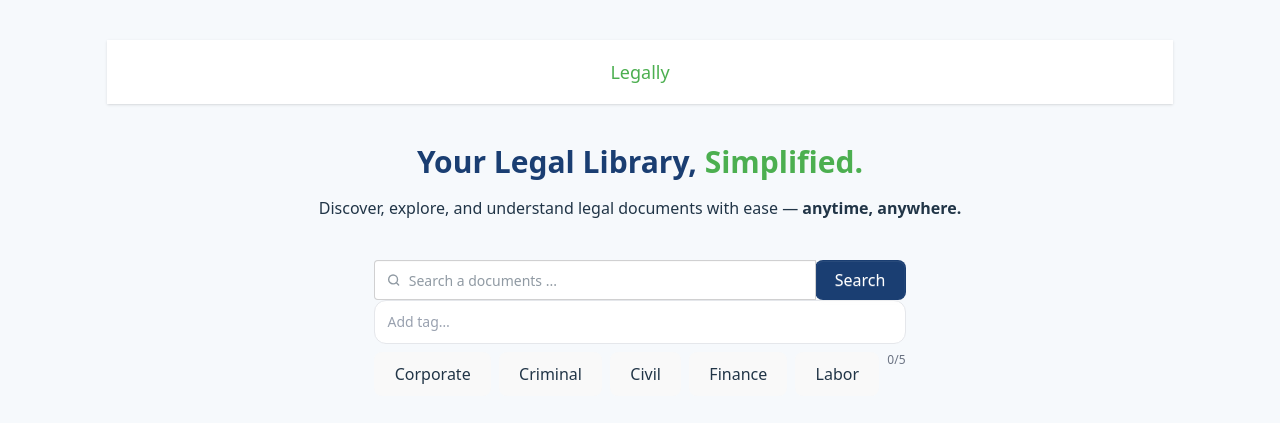
Repository: OdinPie/legal-search-acmeai
Page: / (app in legal-frontend/)
These files come from the project's save history. The page is drawn as it stood at one moment and after a run of saves; the edit follows.
The browser window is 1280 px wide. The pictures show the whole page.
The project was rebuilt for these pictures with package versions that can differ from the ones it lists, and the page was loaded fresh each time. Also part of the build but not shown: legal-frontend/vite.config.js.

Above is the page before, as saved 2025-11-05 22:21:16.

### legal-frontend/index.html
<!doctype html>
<html lang="en">
  <head>
    <meta charset="UTF-8" />
    <link rel="icon" type="image/svg+xml" href="/vite.svg" />
    <meta name="viewport" content="width=device-width, initial-scale=1.0" />
    <title>legal-frontend</title>
  </head>
  <body>
    <div id="root"></div>
    <script type="module" src="/src/main.jsx"></script>
  </body>
</html>

### legal-frontend/src/App.jsx
import './App.css'
import Home from './pages/Home'

function App() {

  return (
    <>
      <Home></Home>
    </>
  )
}

export default App

### legal-frontend/src/App.css
@import "tailwindcss";

@plugin "daisyui";

### legal-frontend/src/pages/Home.jsx
import React from 'react';
import SearchSection from '../components/SearchSection';
import Navbar from '../components/Navbar';
import Banner from '../components/Banner';
const Home = () => {
    return (
        <div className='bg-[#F6F9FC] min-h-screen min-w-screen'>
            <Navbar></Navbar>
            <Banner></Banner>
            {/* <SearchSection></SearchSection> */}
            {/* Your Legal Library, Simplified.
                Discover, explore, and understand legal documents with ease — anytime, anywhere. */}
        </div>
    );
};

export default Home;

### legal-frontend/src/components/SearchSection.jsx
import { useState } from "react";
import TagBar from "./TagBar";

export default function SearchSection() {

  const [query, setQuery] = useState("");
  const [keywords, setKeywords] = useState([]);

  return (
    <div className="my-10">
      <div className="join w-full max-w-2xl mx-auto">
    <label className="input validator join-item flex-1 min-w-0">
      <svg className="h-[1em] opacity-50" xmlns="http://www.w3.org/2000/svg" viewBox="0 0 24 24">
    <g
      strokeLinejoin="round"
      strokeLinecap="round"
      strokeWidth="2.5"
      fill="none"
      stroke="currentColor"
    >
      <circle cx="11" cy="11" r="8"></circle>
      <path d="m21 21-4.3-4.3"></path>
    </g>
  </svg>
      <input className="grow" type="text" placeholder="Search a documents ..." required />
    </label>

  <button className="btn join-item !bg-[#1A3E72] !text-white" >Search</button>
</div>
    <TagBar value={keywords} onChange={setKeywords} />
    </div>
  );
}

### legal-frontend/src/components/Navbar.jsx
export default function Navbar() {

  return (
    <div className="flex justify-center sticky top-10 ">
        <div className="navbar bg-base-100 shadow-sm sticky z-10 w-10/12">
    <div className="flex justify-center w-full">
        <a className="btn btn-ghost text-lg !text-[#4CAF50]">Legally</a>
    </div>
    </div>
    </div>
  );
}

### legal-frontend/src/components/Banner.jsx
import React from 'react';
import SearchSection from './SearchSection';

const Banner = () => {
    return (
        <div>
            <div className='flex flex-col items-center justify-center text-center mt-20'>
                {/*Banner writings here  */}
                <h1 className='!text-3xl font-bold text-[#1A3E72]'>Your Legal Library, <span className='text-[#4CAF50]'>Simplified.</span></h1>
                <p className='mt-4'>Discover, explore, and understand legal documents with ease — <span className='font-bold'>anytime, anywhere.</span></p>
                <SearchSection></SearchSection>
            </div>
        </div>
    );
};

export default Banner;

### legal-frontend/src/components/TagBar.jsx
import { useState, useRef } from "react";

const maxTags = 5;
const suggetions = ["Corporate", "Criminal", "Civil", "Finance", "Labor"];

export default function TagBar({ value = [], onChange }) {
  const [input, setInput] = useState("");

  const addTag = (raw) => {
    const tag = raw.trim().replace(/^#/, "");
    if (!tag) return;
    const norm = tag.toLowerCase();
    const has = value.some(t => t.toLowerCase() === norm);
    if (has || value.length >= maxTags) return;
    onChange([...value, tag]);
    setInput("");
  };

  const removeTag = (tag) => onChange(value.filter(t => t !== tag));

  const handleKeyDown = (e) => {
    if (["Enter", "Comma", ","].includes(e.key) || e.key === " ") {
      e.preventDefault();
      addTag(input);
    } else if (e.key === "Backspace" && !input && value.length) {
      removeTag(value[value.length - 1]);
    }
  };

  const atLimit = value.length >= maxTags;

  return (
    <div className="space-y-2">
      {/* TAG BAR */}
      <div
        className="flex items-center gap-2 overflow-x-auto no-scrollbar h-11 w-full rounded-xl border border-gray-200 bg-white px-3"
        role="listbox"
        aria-label="Selected tags"
      >
        {value.map(tag => (
          <span
            key={tag}
            className="inline-flex items-center gap-1 rounded-full bg-blue-50 text-blue-800 border border-blue-200 px-3 py-1 text-sm"
          >
            #{tag}
            <button
              aria-label={`Remove ${tag}`}
              onClick={() => removeTag(tag)}
              className="ml-1 rounded-full px-1 hover:bg-blue-100"
            >
              ✕
            </button>
          </span>
        ))}

        {/* inline input inside the bar */}
        <input
          value={input}
          onChange={(e) => setInput(e.target.value)}
          onKeyDown={handleKeyDown}
          disabled={atLimit}
          placeholder={atLimit ? "Max tags reached" : "Add tag…"}
          className="min-w-[8ch] flex-1 bg-transparent outline-none text-sm placeholder-gray-400"
        />
      </div>

      <div className="flex flex-wrap gap-2">
        {suggetions.map(s => {
          const taken = value.some(t => t.toLowerCase() === s.toLowerCase());
          return (
            <button
              key={s}
              disabled={taken || atLimit}
              onClick={() => addTag(s)}
              className={`px-3 py-1 text-sm rounded-full border transition
                ${taken ? "border-gray-200 text-gray-400 cursor-not-allowed"
                        : "border-gray-300 hover:bg-blue-50 hover:border-blue-400"}`}
            >
              {s}
            </button>
          );
        })}
        {/* counter on the right */}
        <span className="ml-auto text-xs text-gray-500">{value.length}/{maxTags}</span>
      </div>
    </div>
  );
}

Loaded but not shown: legal-frontend/src/main.jsx (common file); legal-frontend/src/index.css (common file)

After the next 2 saves:
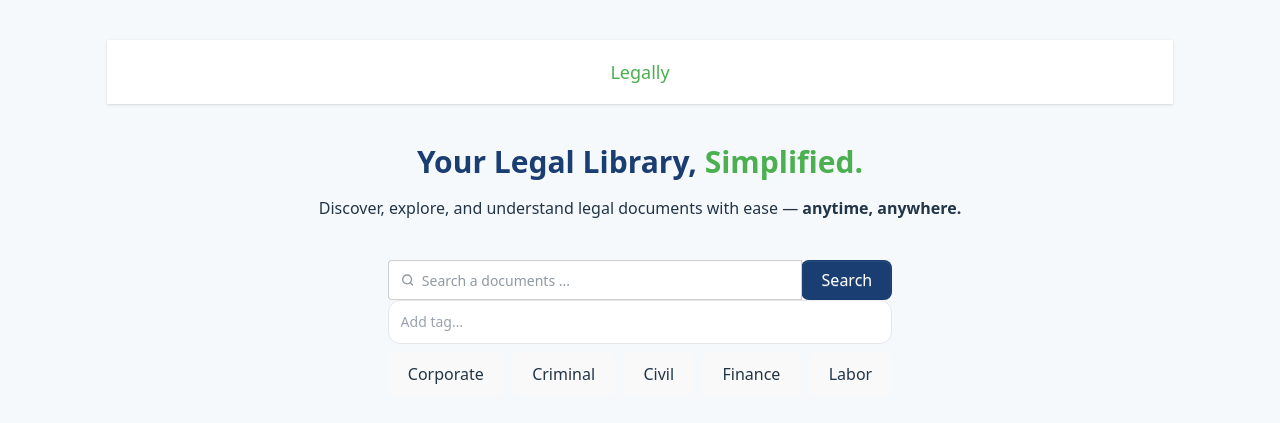
The 2 saves are shown as one change because they came seconds apart.
The last was saved 41 s later.
--- a/legal-frontend/src/components/TagBar.jsx
+++ b/legal-frontend/src/components/TagBar.jsx
@@ -80,8 +80,6 @@ export default function TagBar({ value = [], onChange }) {
             </button>
           );
         })}
-        {/* counter on the right */}
-        <span className="ml-auto text-xs text-gray-500">{value.length}/{maxTags}</span>
       </div>
     </div>
   );
